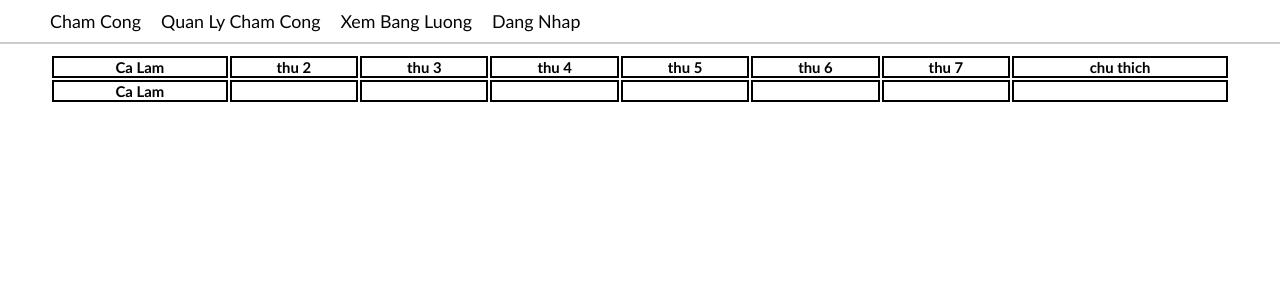
Repository: LDDUNG2003/a
Page: index.html
These files come from the project's save history. The page is drawn as it stood at one moment and after the next save; the edit follows.
The browser window is 1280 px wide. The pictures show the whole page.

Above is the page before, as saved 2023-10-14 20:01:01.

After the next save:
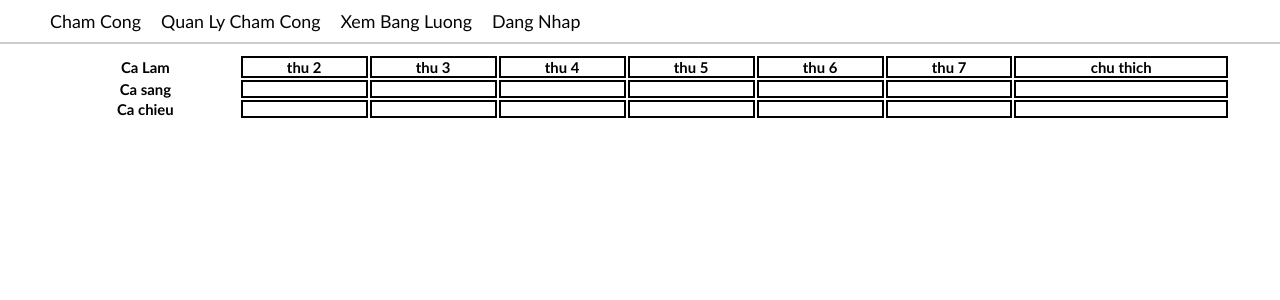
Saved 107 s later.
--- a/index.html
+++ b/index.html
@@ -49,7 +49,7 @@
         <div class="app__content">
             <table class="content-table">
                 <tr class="table--row">
-                    <th class="table--item">Ca Lam</th>
+                    <th class="table--item-impotain">Ca Lam</th>
                     <th class="table--item">thu 2</th>
                     <th class="table--item">thu 3</th>
                     <th class="table--item">thu 4</th>
@@ -59,7 +59,17 @@
                     <th class="table--item">chu thich</th>
                 </tr>
                 <tr class="table--row">
-                    <th class="table--item">Ca Lam</th>
+                    <th class="table--item-impotain">Ca sang</th>
+                    <th class="table--item"></th>
+                    <th class="table--item"></th>
+                    <th class="table--item"></th>
+                    <th class="table--item"></th>
+                    <th class="table--item"></th>
+                    <th class="table--item"></th>
+                    <th class="table--item"></th>
+                </tr>
+                <tr class="table--row">
+                    <th class="table--item-impotain">Ca chieu</th>
                     <th class="table--item"></th>
                     <th class="table--item"></th>
                     <th class="table--item"></th>
